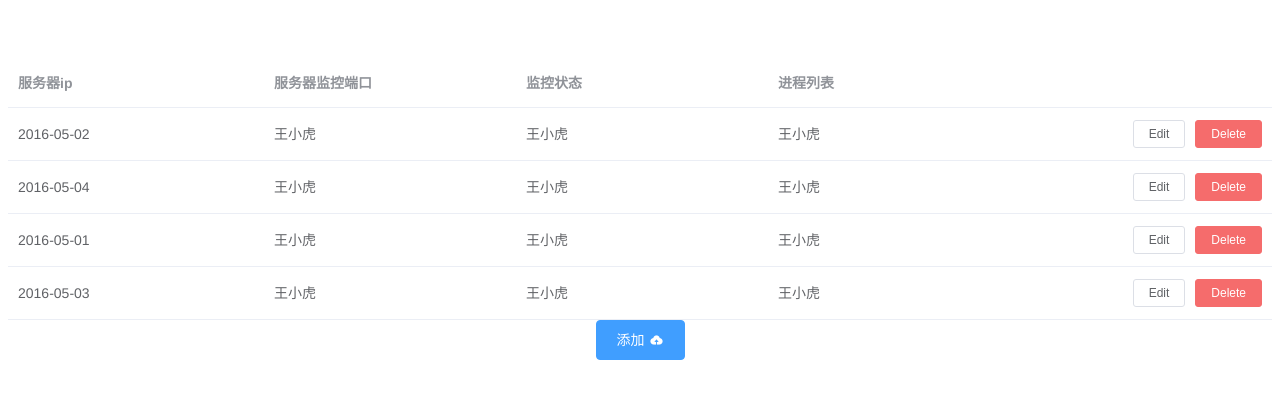
Repository: jiuceng1/monitor
Page: /#/show (app in nmonvue/)
The author's editor kept a copy of each file at every save. The page is drawn from the files as they stood at one save, then again after the next save.
The browser window is 1280 px wide. The pictures show the whole page.
The project was rebuilt for these pictures with package versions that can differ from the ones it lists, and the page was loaded fresh each time. Also part of the build but not shown: nmonvue/src/components/HelloWorld.vue.

Above is the page before, as saved 2022-01-13 10:34:01.

### nmonvue/index.html
<!DOCTYPE html>
<html>
  <head>
    <meta charset="utf-8">
    <meta name="viewport" content="width=device-width,initial-scale=1.0">
    <title>nmonvue</title>
  </head>
  <body>
    <div id="app"></div>
    <!-- built files will be auto injected -->
  </body>
</html>

### nmonvue/src/router/index.js
import Vue from 'vue'
import Router from 'vue-router'
import HelloWorld from '@/components/HelloWorld'

Vue.use(Router)

export default new Router({
  routes: [
    {
      path: '/',
      name: 'HelloWorld',
      component: HelloWorld
    },{
      path: '/show',
      name: 'show',
      component:()=>import('@/view/show')
    }
  ]
})

### nmonvue/src/view/show.vue
<template>
    <div>
    <el-table
    :data="tableData.filter(data => !search || data.name.toLowerCase().includes(search.toLowerCase()))"
    style="width: 100%">
    <el-table-column
      label="服务器ip"
      prop="date">
    </el-table-column>
    <el-table-column
      label="服务器监控端口"
      prop="name">
    </el-table-column>
    <el-table-column
      label="监控状态"
      prop="name">
    </el-table-column>
    <el-table-column
      label="进程列表"
      prop="name">
    </el-table-column>
    <el-table-column
      align="right">
      <template slot-scope="scope">
        <el-button
          size="mini"
          @click="handleEdit(scope.$index, scope.row)">Edit</el-button>
        <el-button
          size="mini"
          type="danger"
          @click="handleDelete(scope.$index, scope.row)">Delete</el-button>
      </template>
    </el-table-column>
  </el-table>
  <el-button type="primary" @click="showEnable=true">添加<i class="el-icon-upload el-icon--right"></i></el-button>
  <el-dialog title="收货地址" :visible.sync="showEnable">
  <el-form :model="form">
    <el-form-item label="活动名称" :label-width="formLabelWidth">
      <el-input v-model="form.name" autocomplete="off"></el-input>
    </el-form-item>
    <el-form-item label="活动区域" :label-width="formLabelWidth">
      <el-select v-model="form.region" placeholder="请选择活动区域">
        <el-option label="区域一" value="shanghai"></el-option>
        <el-option label="区域二" value="beijing"></el-option>
      </el-select>
    </el-form-item>
  </el-form>
  <div slot="footer" class="dialog-footer">
    <el-button @click="showEnable = false">取 消</el-button>
    <el-button type="primary" @click="update()">确 定</el-button>
  </div>
</el-dialog>
</div>
</template>

<script>
import axios from 'axios'
  export default {
    data() {
      return {
        showEnable: false,
        tableData: [{
          date: '2016-05-02',
          name: '王小虎',
          address: '上海市普陀区金沙江路 1518 弄'
        }, {
          date: '2016-05-04',
          name: '王小虎',
          address: '上海市普陀区金沙江路 1517 弄'
        }, {
          date: '2016-05-01',
          name: '王小虎',
          address: '上海市普陀区金沙江路 1519 弄'
        }, {
          date: '2016-05-03',
          name: '王小虎',
          address: '上海市普陀区金沙江路 1516 弄'
        }],
        search: '',
        form: {
          name: '',
          region: '',
          date1: '',
          date2: '',
          delivery: false,
          type: [],
          resource: '',
          desc: ''
        },
        formLabelWidth: '120px'
      }
    },
    methods: {
      handleEdit(index, row) {
        console.log(index, row);
      },
      handleDelete(index, row) {
        console.log(index, row);
      },
      update(){
        axios({
            url : 'http://127.0.0.1:8000/api/testapi/',
            method : 'post',
            data : this.form,
        })
        this.showEnable=false
      }
    },
  }
</script>

Loaded but not shown: nmonvue/src/main.js (common file); nmonvue/src/App.vue (common file)

After the next save:
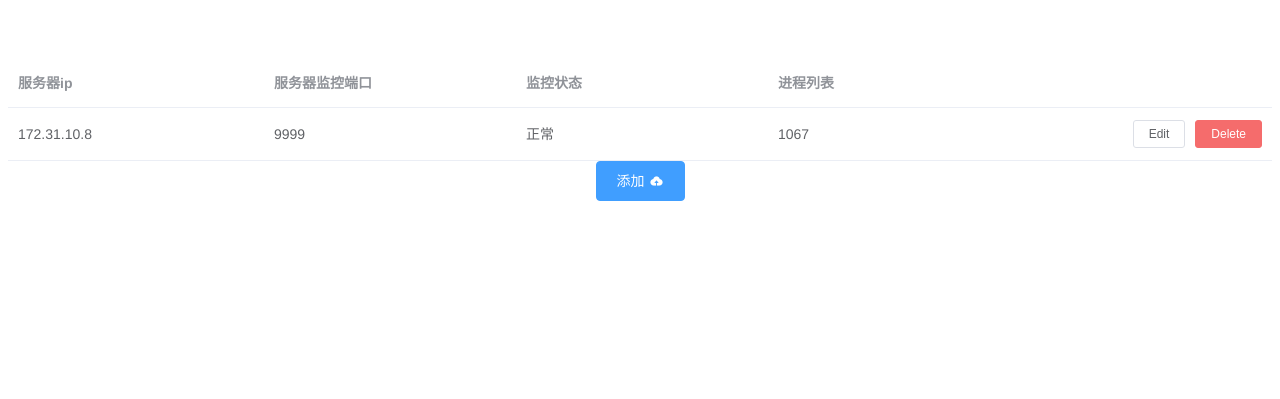
Saved 89 s later.
--- a/nmonvue/src/view/show.vue
+++ b/nmonvue/src/view/show.vue
@@ -5,19 +5,19 @@
     style="width: 100%">
     <el-table-column
       label="服务器ip"
-      prop="date">
+      prop="ip">
     </el-table-column>
     <el-table-column
       label="服务器监控端口"
-      prop="name">
+      prop="port">
     </el-table-column>
     <el-table-column
       label="监控状态"
-      prop="name">
+      prop="state">
     </el-table-column>
     <el-table-column
       label="进程列表"
-      prop="name">
+      prop="processList">
     </el-table-column>
     <el-table-column
       align="right">
@@ -60,21 +60,10 @@ import axios from 'axios'
       return {
         showEnable: false,
         tableData: [{
-          date: '2016-05-02',
-          name: '王小虎',
-          address: '上海市普陀区金沙江路 1518 弄'
-        }, {
-          date: '2016-05-04',
-          name: '王小虎',
-          address: '上海市普陀区金沙江路 1517 弄'
-        }, {
-          date: '2016-05-01',
-          name: '王小虎',
-          address: '上海市普陀区金沙江路 1519 弄'
-        }, {
-          date: '2016-05-03',
-          name: '王小虎',
-          address: '上海市普陀区金沙江路 1516 弄'
+          ip: '172.31.10.8',
+          port: '9999',
+          state: '正常',
+          processList: '1067'
         }],
         search: '',
         form: {
